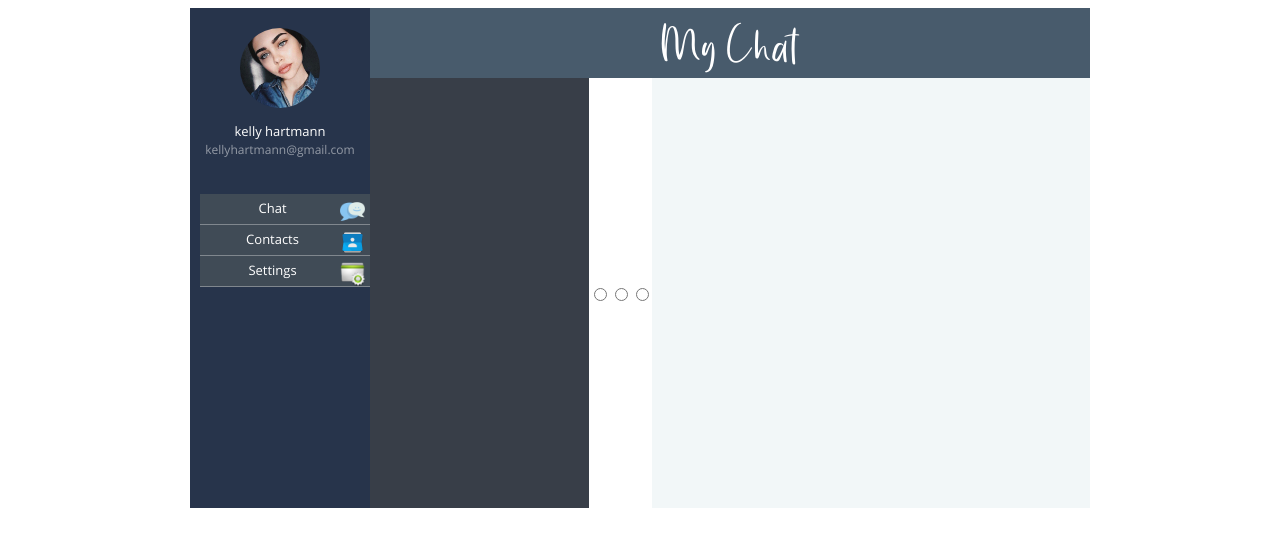
Repository: chathura226/SeekWork_Group_Project_I
Page: http://localhost/
An editor plug-in stored every save of this project. The page is shown before and after the next save, followed by the edit.
The browser window is 1280 px wide. The pictures show the whole page.
The page is run by PHP 8.4 with error messages shown; the project is at /var/www/html/.

Above is the page before, as saved 2023-12-03 14:45:11.

### chat/index.php
<!DOCTYPE html>
<html>
    <head>
        <title>Chat</title>

    </head>
    <style type="text/css">

        @font-face {
            font-family: headFont;
            src: url(ui/fonts/Summer-Vibes-OTF.otf);
        }

        @font-face {
            font-family: myfont;
            src: url(ui/fonts/OpenSans-Regular.ttf);
        }


        #wrapper{

            max-width: 900px;
            min-height: 500px;
            display: flex;
            margin:auto;
            color:white;
            font-family:myfont;
            font-size:13px;

        }

        #left_pannel{
            min-height: 400px;
            background-color: #27344b;
            flex:1;
            text-align:center;




        }

        #profile_image{
            width:50%;
            /*border:solid thin white;*/
            border-radius:50%;
            margin:10px;


        }


        #left_pannel label{
            width:100%;
            height: 20px;
            display:block;
            background-color:#404b56;
            border-bottom:solid thin #ffffff55;
            cursor: pointer;
            padding: 5px;
            transition: all 1s ease ;


        }


        #left_pannel label:hover{

            background-color:#778593;

        }


        #left_pannel label img{
            float:right;
            width:25px;




        }

        #right_pannel{
            min-height: 500px;
            flex:4;
            text-align: center;

        }

        #header{
            background-color: #485b6c;
            height: 70px;
            font-size:40px;
            text-align:center;
            font-family:headFont;


        }

        #inner_left_pannel{
            background-color:#383e48;
            flex:1;
            min-height:430px


        }

        #inner_right_pannel{
            background-color:#f2f7f8;
            flex:2;
            min-height:430px;


        }




    </style>
    <body>
        <div id="wrapper">

           <div id="left_pannel">
                <div style="padding: 10px;">
                    <img id="profile_image" src="ui/images/user3.jpg">
                    <br>
                    kelly hartmann
                    <br>
                    <span style="font-size:12px; opacity:0.5;">kellyhartmann@gmail.com</span>
                    <br>
                    <br>
                    <br>
                    <div>
                        <label for ="radio_chat">Chat<img src="ui/icons/chat.png"></label>
                        <label for ="radio_contacts">Contacts<img src="ui/icons/contacts.png"></label>
                        <label for ="radio_settings">Settings<img src="ui/icons/settings.png"></label>
                    </div>

                </div>
           </div>
           <div id="right_pannel">
              <div id="header" >My Chat</div>
                <div id="container"  style="display: flex">

                <div id="inner_left_pannel">
                </div>

                <input type="radio" id="radio_chat" name="my_radio">
                <input type="radio" id="radio_contacts" name="my_radio">
                <input type="radio" id="radio_settings" name="my_radio">

                <div id="inner_right_pannel"></div>
                </div>
           </div>



        </div>


    </body>
</html>

After the next save:
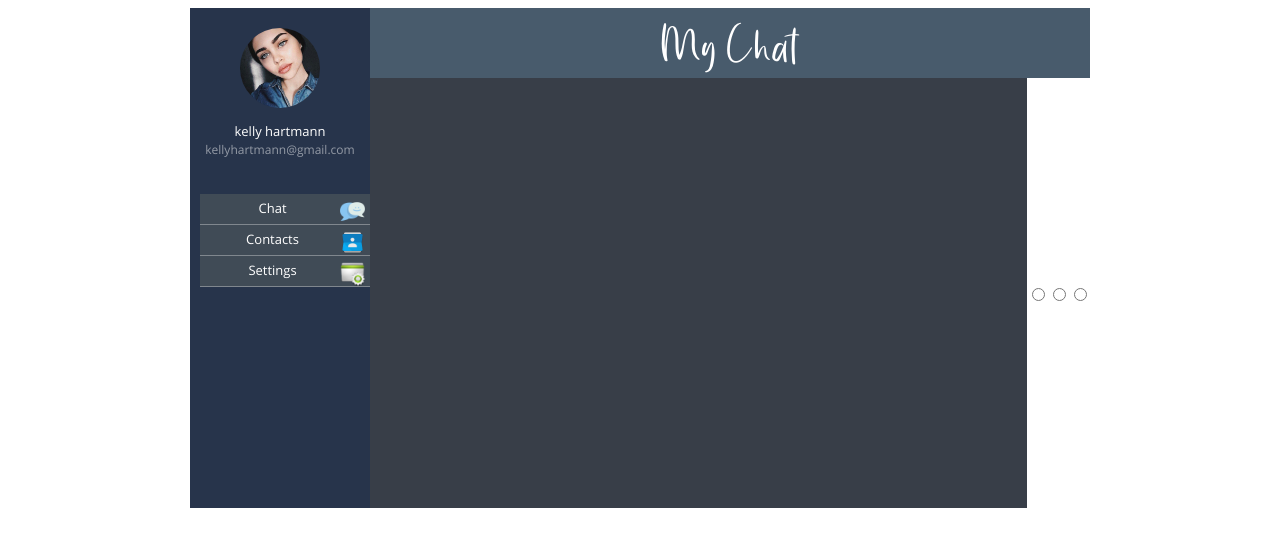
Saved 68 s later.
--- a/chat/index.php
+++ b/chat/index.php
@@ -113,6 +113,10 @@
 
         }
 
+        #inner_right_pannel{
+            flex:0;
+        }
+
 
 
 

After the 4 saves that followed:
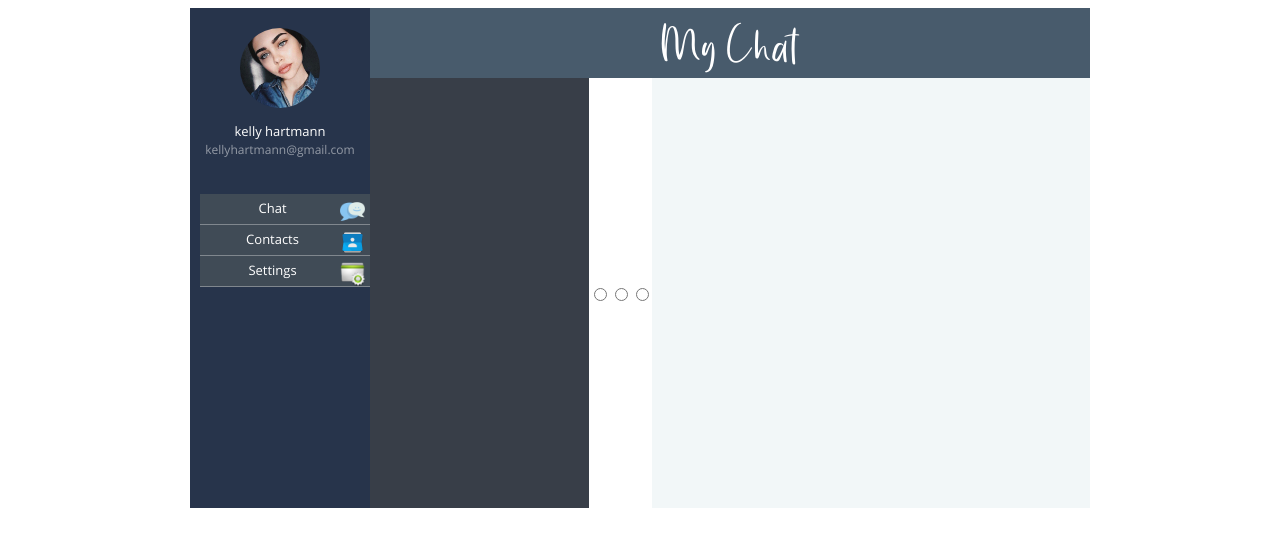
The 4 saves are shown as one change because 3 left the picture as it was.
The last was saved 3 min 10 s later.
--- a/chat/index.php
+++ b/chat/index.php
@@ -113,7 +113,7 @@
 
         }
 
-        #inner_right_pannel{
+        #radio_chat:checked inner_right_pannel{
             flex:0;
         }
 
@@ -135,9 +135,9 @@
                     <br>
                     <br>
                     <div>
-                        <label for ="radio_chat">Chat<img src="ui/icons/chat.png"></label>
-                        <label for ="radio_contacts">Contacts<img src="ui/icons/contacts.png"></label>
-                        <label for ="radio_settings">Settings<img src="ui/icons/settings.png"></label>
+                        <label id="label_chat"  for ="radio_chat">Chat<img src="ui/icons/chat.png"></label>
+                        <label id="label_contact"  for ="radio_contacts">Contacts<img src="ui/icons/contacts.png"></label>
+                        <label id="label_settings" for ="radio_settings">Settings<img src="ui/icons/settings.png"></label>
                     </div>
 
                 </div>
